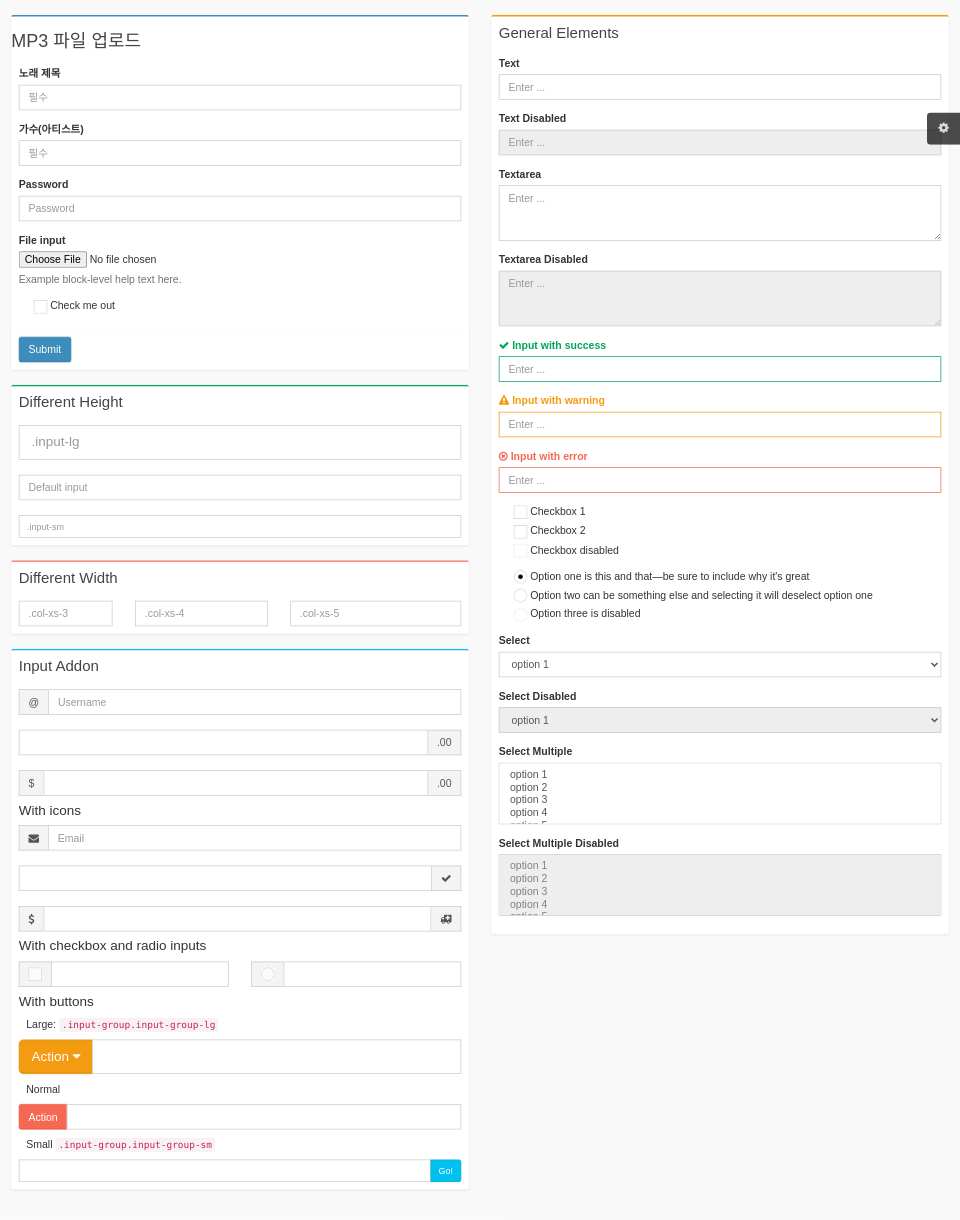
Repository: porivas/140630_Java
Page: http://localhost/Day1001mini01/upload
These files come from the project's save history. The page is drawn as it stood at one moment and after the next save; the edit follows.
The browser window is 1280 px wide. The pictures show the whole page, at 75% of full size.
Some web fonts or font styles are not loaded; a fallback is used. Some web libraries are served in a nearby version. The page is served by Tomcat 9.

Above is the page before, as saved 2014-10-02 09:16:47.

After the next save:
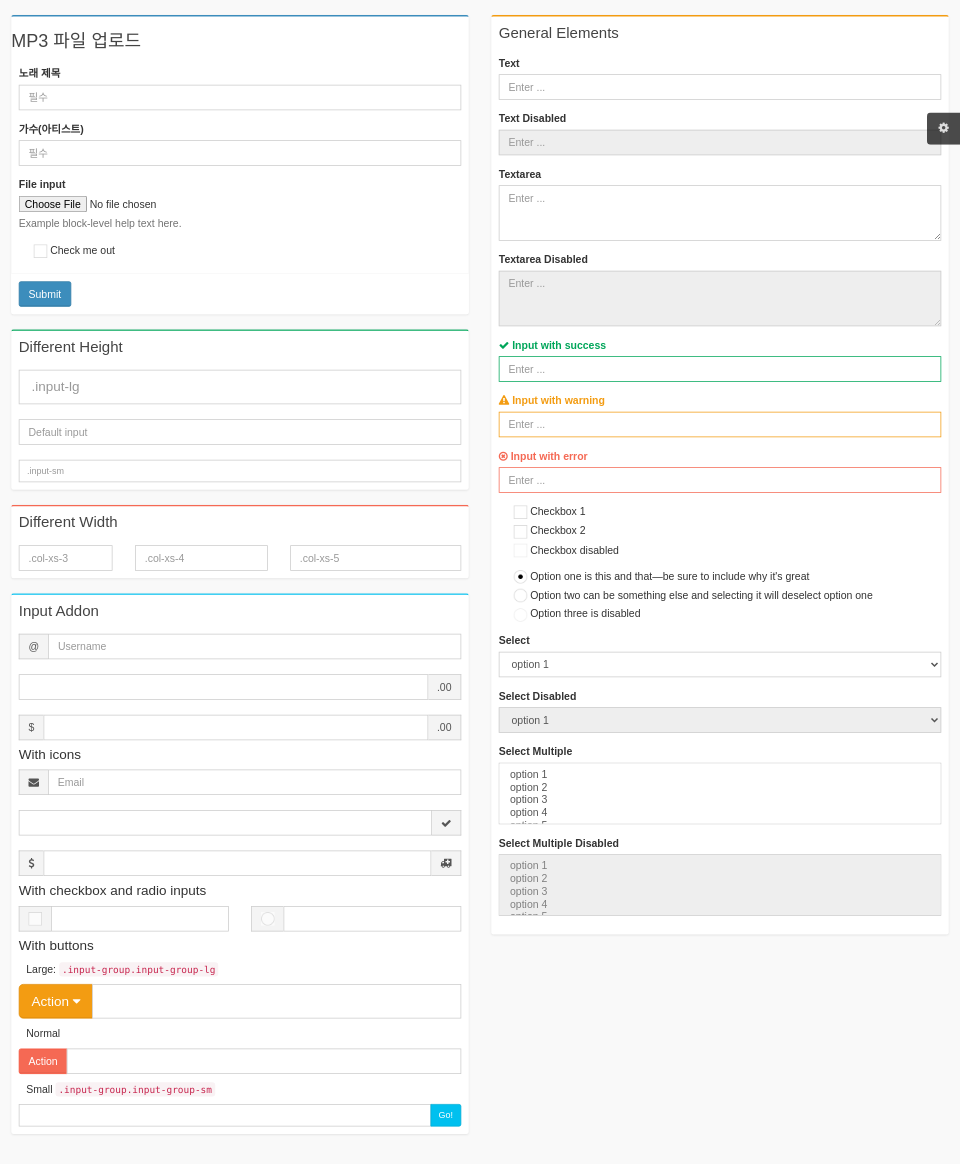
Saved 19 s later.
--- a/Day1001mini01/WebContent/WEB-INF/jsp/uploadPage.jsp
+++ b/Day1001mini01/WebContent/WEB-INF/jsp/uploadPage.jsp
@@ -43,10 +43,6 @@
                                         <div class="form-group">
                                             <label for="art">가수(아티스트)</label>
                                             <input type="art" class="form-control" id="art" placeholder="필수">
-                                        </div>
-                                        <div class="form-group">
-                                            <label for="exampleInputPassword1">Password</label>
-                                            <input type="password" class="form-control" id="exampleInputPassword1" placeholder="Password">
                                         </div>
                                         <div class="form-group">
                                             <label for="exampleInputFile">File input</label>
